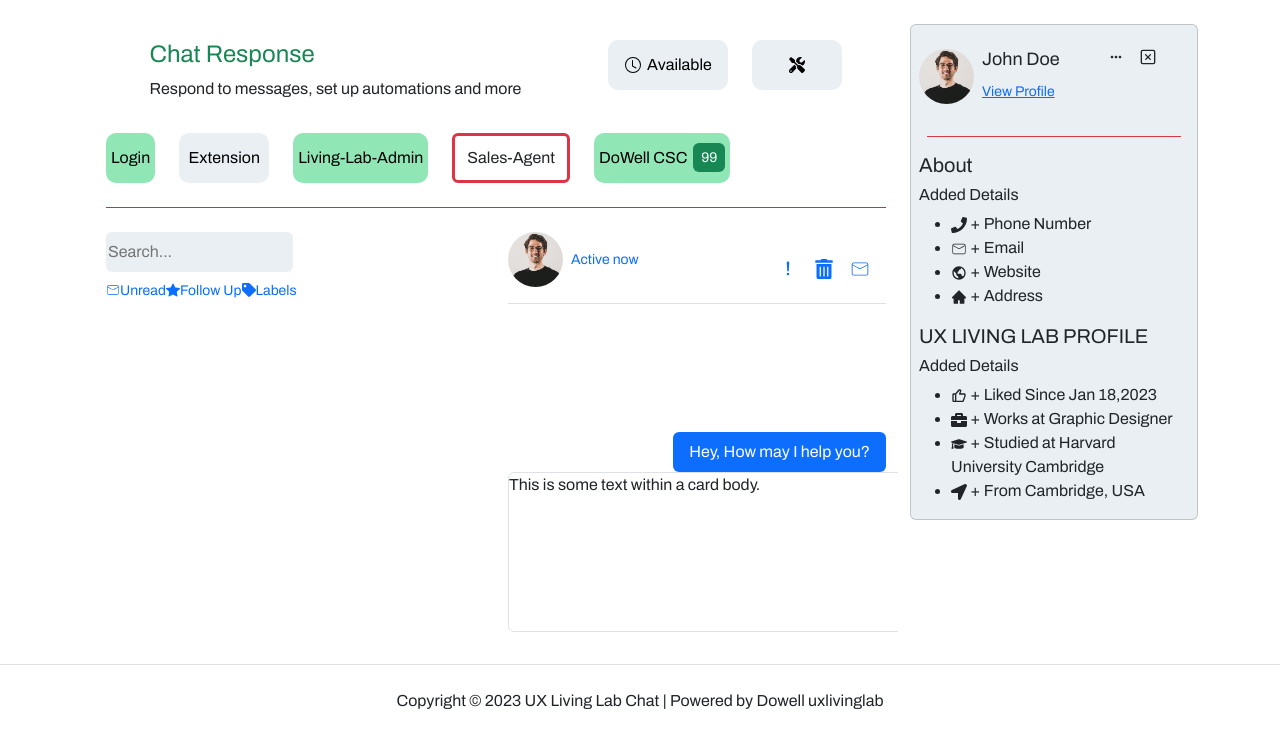
Repository: uh-sman/UX-Living-Lab-Chat
Page: /
An editor plug-in stored every save of this project. The page is shown before and after the next save, followed by the edit.
The browser window is 1280 px wide. The pictures show the whole page.
The project was rebuilt for these pictures with package versions that can differ from the ones it lists, and the page was loaded fresh each time.

Above is the page before, as saved 2023-05-10 19:10:04.

After the next save:
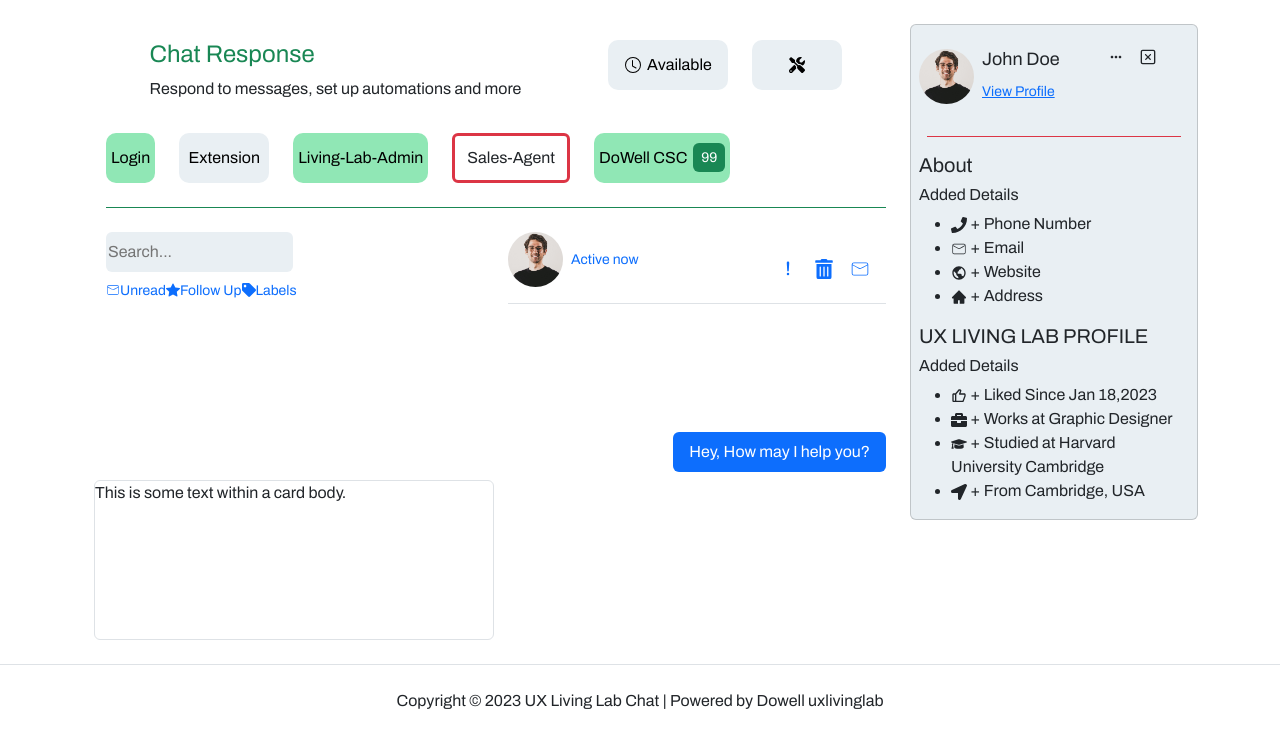
Saved 53 s later.
--- a/src/container/ChatSection.js
+++ b/src/container/ChatSection.js
@@ -1,6 +1,7 @@
 import React from "react";
 import ChatHeader from "./ChatItems/ChatHeader";
 import ProfileHead from "./Chats/message/ProfileHead";
+import ReplyChat from "./Chats/message/ReplyChat";
 import SearchBar from "./Chats/SearchBar";
 
 const ChatSection = () => {
@@ -12,6 +13,7 @@ const ChatSection = () => {
         <SearchBar />
         <ProfileHead />
       </div>
+      <ReplyChat />
     </div>
   );
 };
--- a/src/container/Chats/message/ProfileHead.jsx
+++ b/src/container/Chats/message/ProfileHead.jsx
@@ -18,7 +18,7 @@ const ProfileHead = () => {
         <ChatIcons />
       </div>
       <Message />
-      <ReplyChat />
+      {/* <ReplyChat /> */}
     </div>
   );
 };
